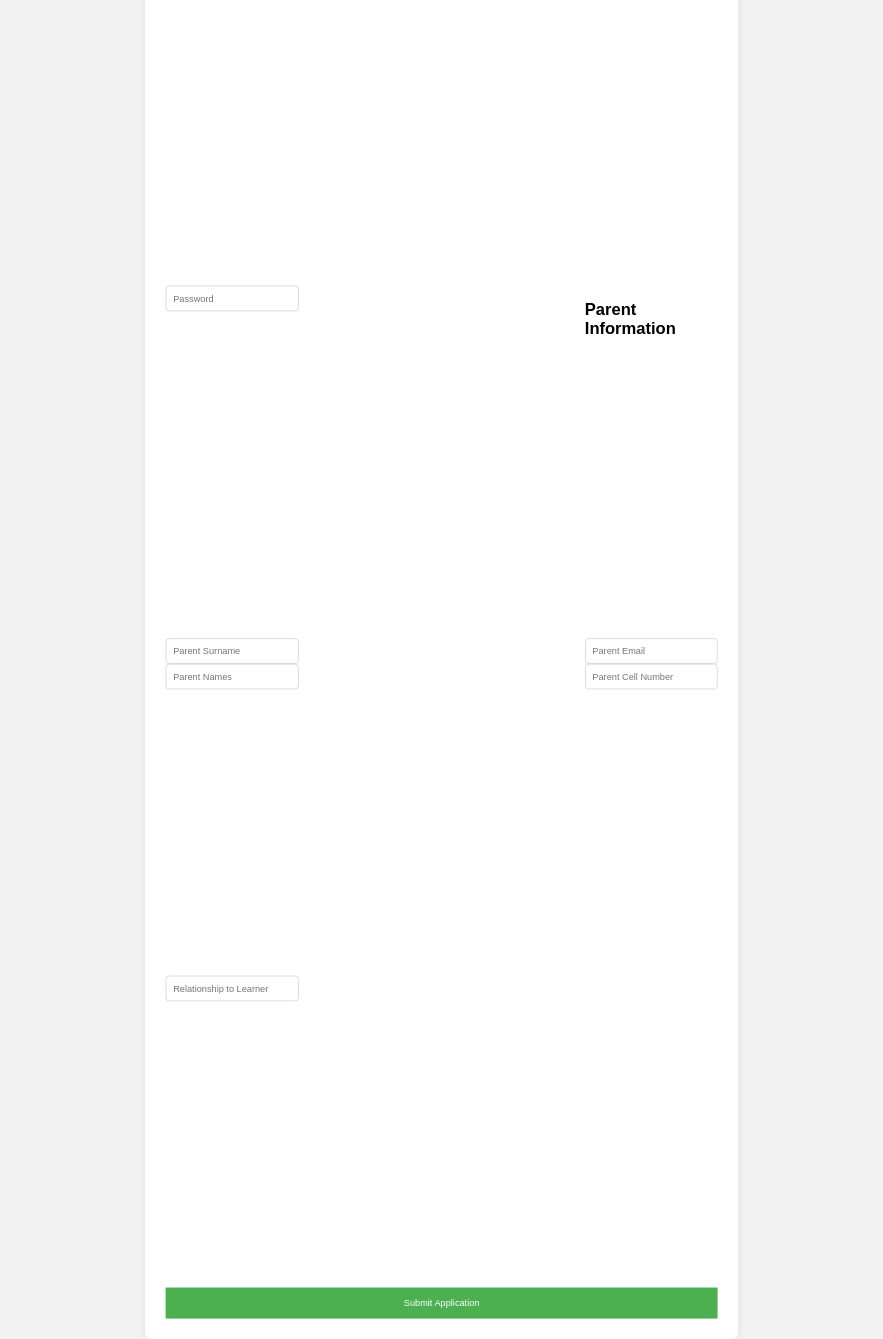
Repository: Soshtakovich/Asifunde
Page: Application_system/apply.html
These files come from the project's save history. The page is drawn as it stood at one moment and after the next save; the edit follows.
The browser window is 1280 px wide. The pictures show the whole page, at 69% of full size.

Above is the page before, as saved 2024-10-18 17:35:32.

### Application_system/apply.html
<!DOCTYPE html>
<html lang="en">
<head>
  <meta charset="UTF-8">
  <meta name="viewport" content="width=device-width, initial-scale=1.0">
  <title>Asifunde Application Form</title>
  <link rel="stylesheet" href="statics/css/apply.css">
  <script defer src="statics/js/apply.js"></script>
</head>
<body>
  <div class="form-container">
    <h1>Asifunde Application Form</h1>
    <p>Welcome to Asifunde's application system! Please fill in the details below.</p>
    <form id="applicationForm">
      <h2>Learner Information</h2>
      <div class="input-group">
        <input type="text" name="surname" placeholder="Surname" required>
        <input type="text" name="names" placeholder="Names" required>
      </div>
      <div class="input-group">
        <input type="text" name="idNumber" placeholder="ID Number" required>
        <input type="date" name="dob" required>
      </div>
      <div class="input-group">
        <input type="text" name="age" placeholder="Age" required>
        <input type="email" name="email" placeholder="Email" required>
      </div>
      <div class="input-group">
        <input type="text" name="location" placeholder="Location">
        <input type="text" name="cellNumber" placeholder="Cell Number">
      </div>
      <div class="input-group">
        <input type="text" name="whatsappNumber" placeholder="WhatsApp Number">
        <input type="text" name="username" placeholder="Username" required>
      </div>
      <div class="input-group">
        <input type="password" name="password" placeholder="Password" required>
      </div>

      <h2>Parent Information</h2>
      <div class="input-group">
        <input type="text" name="parentSurname" placeholder="Parent Surname" required>
        <input type="text" name="parentNames" placeholder="Parent Names" required>
      </div>
      <div class="input-group">
        <input type="email" name="parentEmail" placeholder="Parent Email" required>
        <input type="text" name="parentCellNumber" placeholder="Parent Cell Number">
      </div>
      <div class="input-group">
        <input type="text" name="relationship" placeholder="Relationship to Learner" required>
      </div>

      <button type="submit">Submit Application</button>
    </form>
  </div>
</body>
</html>

### Application_system/statics/css/apply.css
/* Base Styles */
body {
  font-family: Arial, sans-serif;
  background-color: #f2f2f2;
  display: flex;
  justify-content: center;
  align-items: center;
  height: 100vh;
  margin: 0;
}

.form-container {
  background-color: white;
  padding: 30px;
  border-radius: 10px;
  box-shadow: 0 0 10px rgba(0, 0, 0, 0.1);
  max-width: 800px;
  width: 100%;
}

/* Form Layout */
form {
  display: grid;
  grid-template-columns: repeat(2, 1fr); /* Two equal-width columns */
  gap:415px; /* Space between grid items */
}

/* Full-width inputs */
input[type="date"],
input[type="password"],
input[type="email"],
button {
  grid-column: span 2; /* Make these elements span both columns */
}

/* Style for input fields */
input {
  padding: 10px;
  border: 1px solid #ccc;
  border-radius: 5px;
  width: 100%; /* Ensure the input takes full space of its container */
  box-sizing: border-box; /* Prevent padding from overflowing */
}

/* Button Styling */
button {
  background-color: #4CAF50;
  color: white;
  border: none;
  padding: 15px;
  cursor: pointer;
  width: 100%; /* Full width */
}

button:hover {
  background-color: #45a049;
}

/* Responsive Design */
@media (max-width: 600px) {
  form {
      grid-template-columns: 1fr; /* Single column on smaller screens */
  }
}

### Application_system/statics/js/apply.js
document.getElementById('applicationForm').addEventListener('submit', async function (event) {
    event.preventDefault();
    const formData = new FormData(event.target);

    const response = await fetch('application_handler.php', {
      method: 'POST',
      body: formData
    });

    const result = await response.json();
    alert(result.message);
  });

After the next save:
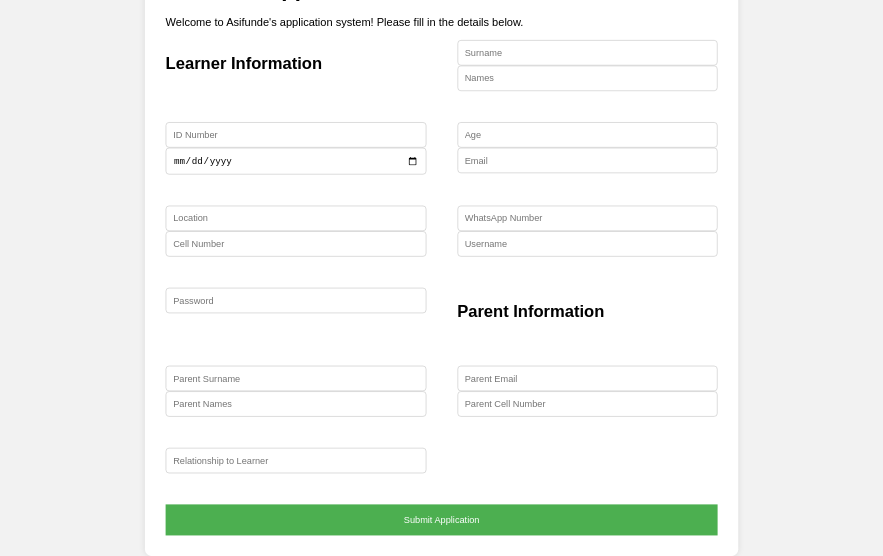
Saved 5 s later.
--- a/Application_system/statics/css/apply.css
+++ b/Application_system/statics/css/apply.css
@@ -22,7 +22,7 @@
 form {
   display: grid;
   grid-template-columns: repeat(2, 1fr); /* Two equal-width columns */
-  gap:415px; /* Space between grid items */
+  gap:45px; /* Space between grid items */
 }
 
 /* Full-width inputs */
